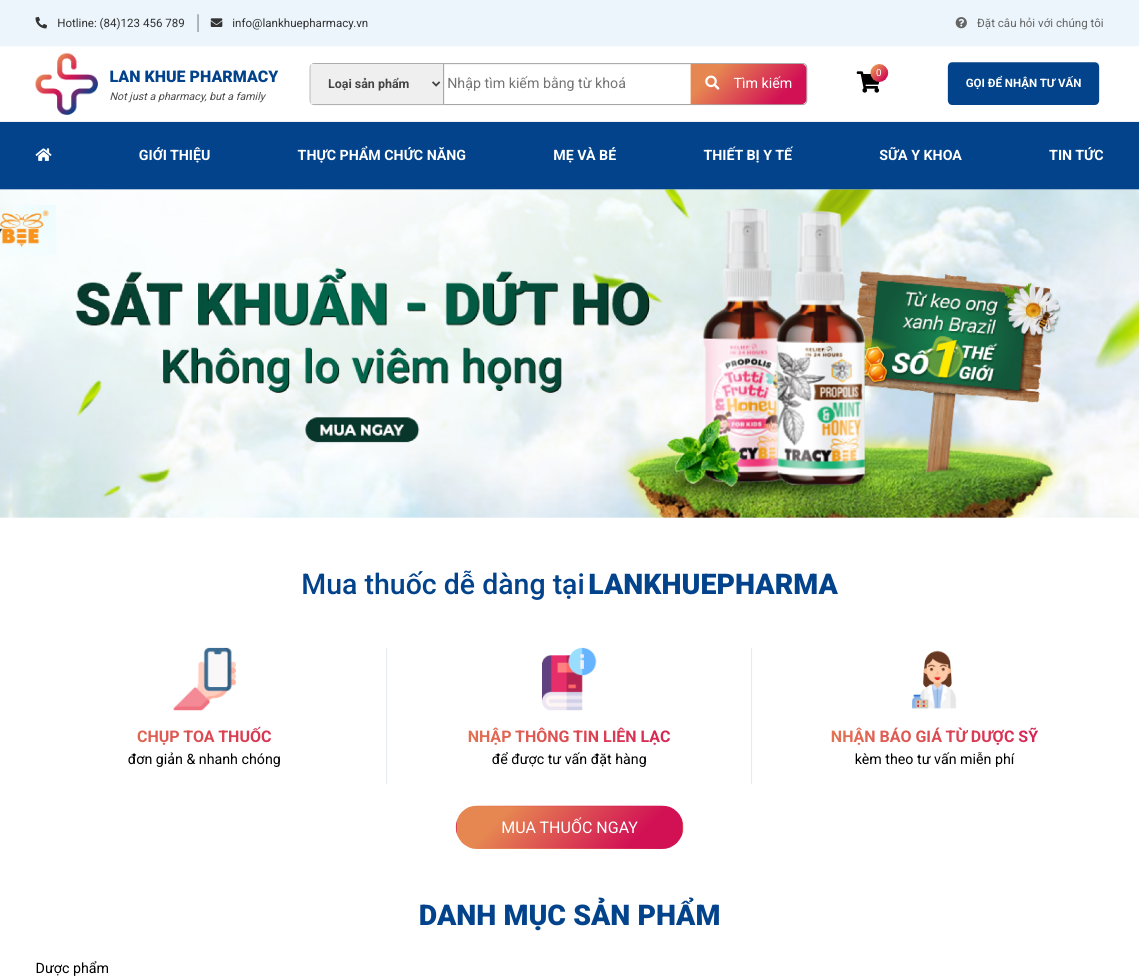
Repository: haianh12082001/Lan-khue
Page: index.html
These files come from the project's save history. The page is drawn as it stood at one moment and after the next save; the edit follows.
The browser window is 1280 px wide. The pictures show the whole page, at 89% of full size.
Some web libraries are served in a nearby version. The style sheet was rebuilt from its Sass, Less or Tailwind sources for each picture, by a compiler version that may differ from the author's.

Above is the page before, as saved 2021-12-18 11:54:54.

After the next save:
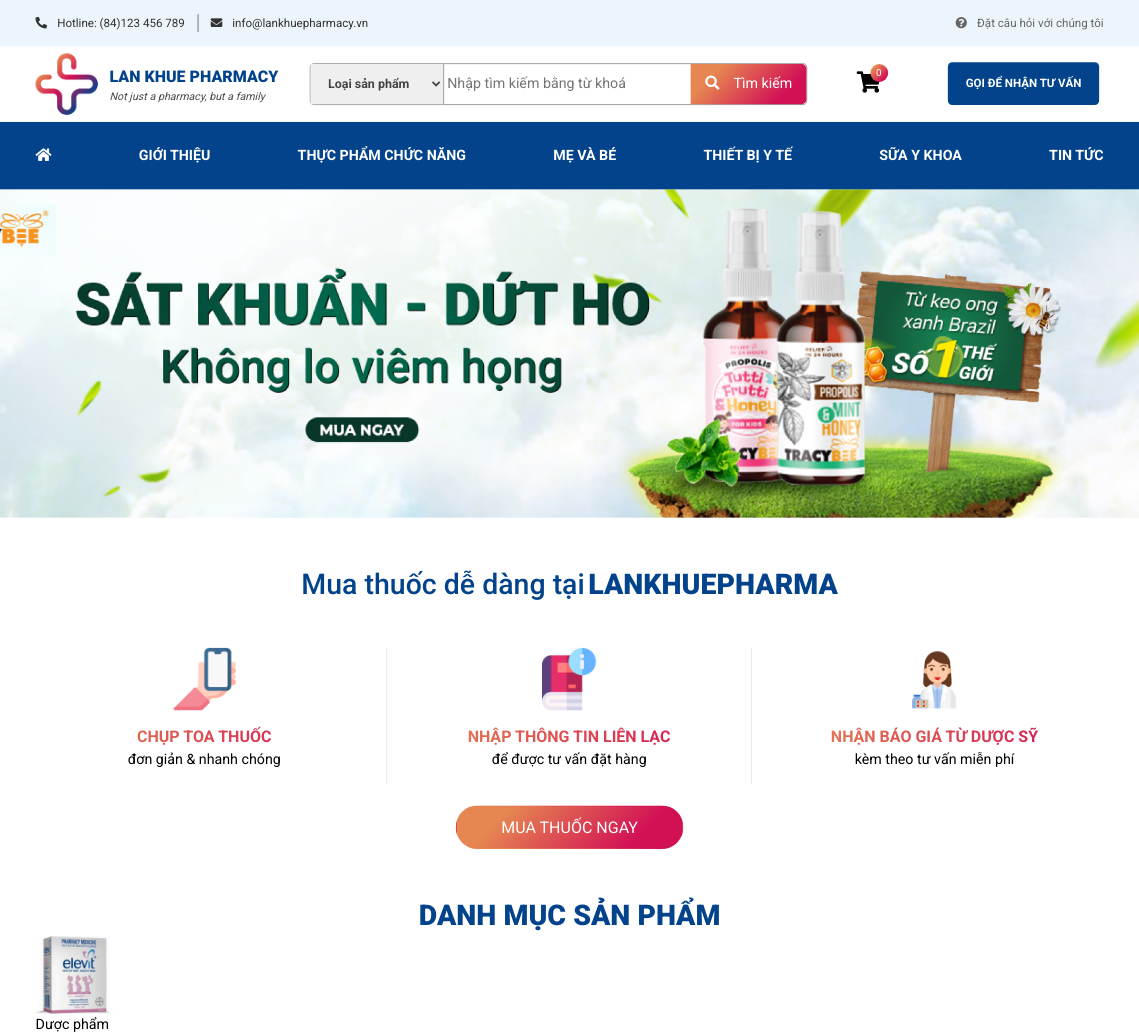
Saved 2 h 21 min later.
--- a/index.html
+++ b/index.html
@@ -165,7 +165,7 @@
                 <div class="section-title text-center">danh mục sản phẩm</div>
                 <div class="list">
                     <div class="item">
-                        <img src="" alt="" />
+                        <img src="./assets/img/product-category/elevit-196915 1.jpg" alt="" />
                         <div class="name">Dược phẩm</div>
                     </div>
                 </div>
